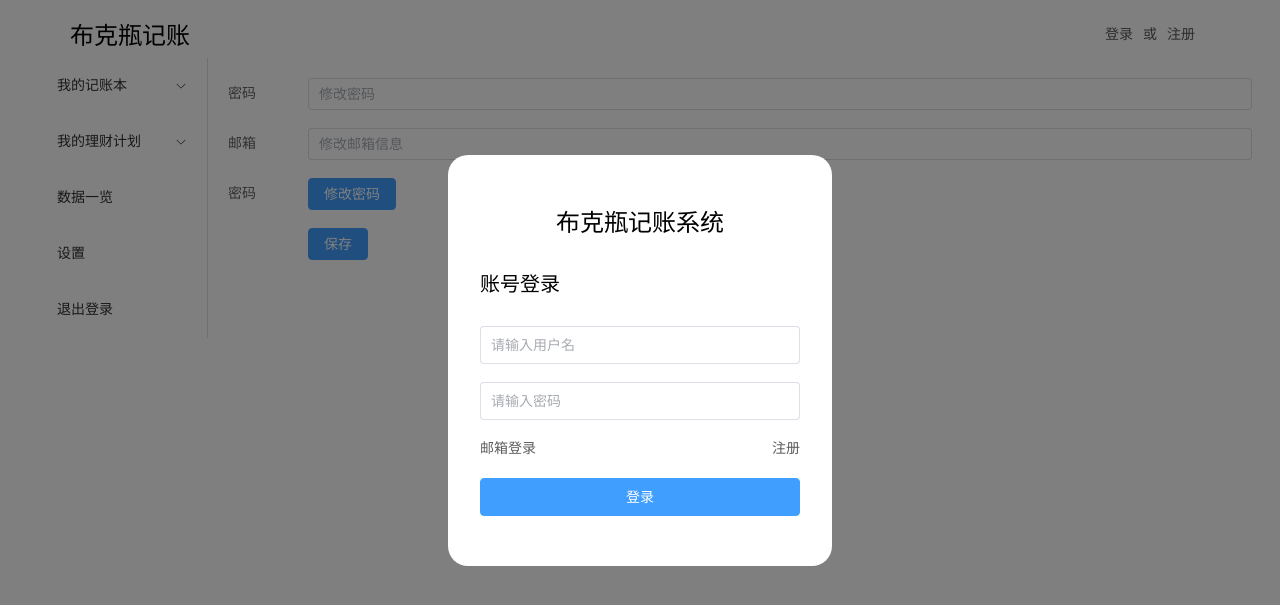
Repository: Database-application-design-bookkeeping/bookkeeping-web
Page: /setting
The author's editor kept a copy of each file at every save. The page is drawn from the files as they stood at one save, then again after the next save.
The browser window is 1280 px wide. The pictures show the whole page.
The page's requests for data from a server got no answer. The project was rebuilt for these pictures with package versions that can differ from the ones it lists, and the page was loaded fresh each time. No one was signed in, and anything a server would have sent is missing. Also part of the build but not shown: vite.config.js.

Above is the page before, as saved 2023-12-13 15:25:47.

### src/main.js
import { createApp } from "vue";
import App from "./App.vue";
import router from "./router";
import store from "./store";
import axios from 'axios'
import _ from 'lodash'
import ElementPlus from 'element-plus'
import 'element-plus/dist/index.css'
const app = createApp(App);

axios.interceptors.request.use(function (request) {
    let token = localStorage.getItem("token");
    if (token) {
        request.headers.Authorization = token;
    }
    return request
}, async function (error) {
    return Promise.reject(error)
})

axios.interceptors.response.use(function (response) {
    if (response.data.code === 401) {
        store.commit("delToken")
    }
    return response
}, async function (error) {
    return Promise.reject(error)
})
axios.defaults.baseURL = 'https://jizhang.hardews.cn/';
app.use(ElementPlus)
app.use(_);
app.use(store);
app.use(router);
app.mount("#app");

### src/App.vue
<template>
  <router-view v-if="isRouterAlive"></router-view>
</template>

<script>
import Home from './views/Home.vue';
export default {
  name: "App",
  components: {
    Home,
  },
};
</script>
<script setup>
import { ref, nextTick, provide } from "vue"
const isRouterAlive = ref(true)
const reload = () => {
  isRouterAlive.value = false
  nextTick(() => {
    isRouterAlive.value = true
  })
}
provide("reload", reload)
</script>
<style lang="scss" scoped></style>

### src/router/index.js
import { createRouter, createWebHistory } from "vue-router";

const routes = [
  {
    path: "/",
    name: "home",
    component: () => import("../views/Home.vue"),
    children: [
      {
        path: "/income",
        name: "income",
        component: () => import("../views/Income.vue")
      },
      {
        path: "/expenditure",
        name: "expenditure",
        component: () => import("../views/Expenditure.vue")
      },
      {
        path: "/creatproject",
        name: "creatproject",
        component: () => import("../views/CreatProject.vue")
      },
      {
        path: "/dataview",
        name: "dataview",
        component: () => import("../views/DataView.vue")
      },
      {
        path: "/setplan",
        name: "setplan",
        component: () => import("../views/SetPlan.vue")
      },
      {
        path: "/setting",
        name: "setting",
        component: () => import("../views/Setting.vue")
      }
    ]
  },
  {
    path: "/404",
    name: "404",
    component: () => import("../views/404.vue")
  },
  {
    path: '/:pathMatch(.*)',
    redirect: {
      name: "404"
    }
  }

];

const router = createRouter({
  history: createWebHistory(import.meta.env.BASE_URL),
  routes,
});

export default router;

### src/store/index.js
import { createStore } from "vuex";
import { ElMessage } from 'element-plus'

export default createStore({
  state: {
    token: "",
    username: ""
  },
  getters: {
    getToken(state) {
      return state.token;
    },
    getUserName(state) {
      return state.username;
    }
  },
  mutations: {
    setToken(state, { token, username }) {
      state.token = token;
      state.username = username;
      localStorage.token = token;
    },
    delToken(state) {
      state.token = "";
      state.username = "";
      localStorage.removeItem('token');
      localStorage.removeItem('username');
    },
    sucMessage(state, msg) {
      ElMessage({
        message: msg,
        type: "success"
      })
    },
    warnMessage(state, msg) {
      ElMessage({
        message: msg,
        type: "warning"
      })
    }
  },
  actions: {},
  modules: {},
});

### src/views/Home.vue
<template>
  <div class="home">
    <el-container class="full-height">
      <el-header class="header-box" height="50px">
        <el-row class="grid-box">
          <el-col :span="4" style="min-width: 140px;">
            <div class="title">
              布克瓶记账
            </div>
          </el-col>
          <el-col :span="4" style="min-width: 120px;">
            <div class="box-right" v-if="username">欢迎</div>
            <div class="box-right user-msg" v-if="username"> {{ username }} </div>
            <div class="box-login box-right" @click="showLoginView('登录',false)" v-if="!username">登录</div>
            <div class="box-item box-right" v-if="!username">或</div>
            <div class="box-register box-right" @click="showLoginView('注册',false)" v-if="!username">注册</div>
          </el-col>
        </el-row>
      </el-header>
      <el-container class="full-height">
        <el-aside width="200px" class="full-height">
          <el-menu default-active="1" class="el-menu-vertical-demo full-height" router>
            <el-sub-menu index="1">
              <template #title>
                <el-icon>
                  <Notebook />
                </el-icon>
                <span>我的记账本</span>
              </template>
              <el-menu-item index="/income">
                <el-icon>
                  <Sell />
                </el-icon>
                <span>我的收入</span>
              </el-menu-item>
              <el-menu-item index="/expenditure">
                <el-icon>
                  <SoldOut />
                </el-icon>
                <span>我的支出</span>
              </el-menu-item>
            </el-sub-menu>

            <el-sub-menu index="2">
              <template #title>
                <el-icon>
                  <Wallet />
                </el-icon>
                <span>我的理财计划</span>
              </template>
              <el-menu-item index="/creatproject">
                <el-icon>
                  <FolderAdd />
                </el-icon>
                <span>新建项目</span>
              </el-menu-item>
              <el-menu-item index="/setplan">
                <el-icon>
                  <Finished />
                </el-icon>
                <span>我的消费计划</span>
              </el-menu-item>
            </el-sub-menu>

            <el-menu-item index="/dataview">
              <el-icon>
                <DataLine />
              </el-icon>
              <span>数据一览</span>
            </el-menu-item>
            <el-menu-item index="/setting">
              <el-icon>
                <setting />
              </el-icon>
              <span>设置</span>
            </el-menu-item>
            <el-menu-item index="/" @click="loginOut">
              <el-icon>
                <Back />
              </el-icon>
              <span>退出登录</span>
            </el-menu-item>
          </el-menu>
        </el-aside>
        <el-main>
          <router-view></router-view>
        </el-main>
      </el-container>
    </el-container>
  </div>
  <Login ref="login"></Login>
</template>

<script>
import Login from "@/components/Login.vue";
export default {
  name: "Home",
  components: {
    Login,
  }
}
</script>
<script setup>
import {  onMounted, ref, inject} from "vue"
import axios from 'axios';
import store from '@/store';
const reload = inject("reload")
let username = ref(localStorage.getItem("username"))
let login = ref(null)
function showLoginView(type,isSwitch){
  login.value.switchLoginMsg(type,isSwitch)
}

function loginOut(){
  axios({
    url:"/user/logout"
  }).then((res)=>{
    if(res.data.msg==="退出成功"){
      store.commit("delToken");
      showLoginView("登录",false);
      store.commit("sucMessage",res.data.msg)
    }else{
      store.commit("warnMessage","操作失败")
    }
    reload()
  })
}
onMounted(()=>{
  login.value.isLogin();
})
</script>

<style lang="scss" scoped>
.home {
  width: 100%;
  height: 100%;

  .header-box {
    text-align: center;

    .grid-box {
      height: 100%;
      justify-content: space-between;
      align-items: center;
      white-space: nowrap;

      .title {
        font-weight: 700px;
        font-size: 24px;
      }

      .user-msg {
        margin-left: 10px;
      }

      .box-right {
        display: inline-block;
        color: rgb(89, 89, 89);
        font-size: 14px;
      }

      .box-login,
      .box-register {
        cursor: pointer;
      }

      .box-item {
        margin: 0 10px;
      }
    }
  }

  .full-height {
    height: 100%;
  }
}</style>

### src/views/Setting.vue
<template>
  <div class="setting">
    <el-form ref="ruleFormRef" :model="userForm" status-icon label-width="80px" label-position="left"
      class="demo-ruleForm">
      <el-form-item prop="password" label="密码">
        <el-input class="login-content" v-model="userForm.password" autocomplete="off" placeholder="修改密码" />
      </el-form-item>

      <el-form-item prop="email" label="邮箱">
        <el-input class="login-content" v-model="userForm.email" autocomplete="off" placeholder="修改邮箱信息" />
      </el-form-item>
      <el-form-item prop="password" label="密码">
        <el-button type="primary" @click="centerDialogVisible = true">修改密码</el-button>
      </el-form-item>
      <el-form-item>
        <el-button class="login-content" type="primary" @click="saveUserInfo">保存</el-button>
      </el-form-item>
    </el-form>
    <el-dialog v-model="centerDialogVisible" title="修改密码" width="30%" align-center>
      <el-input v-model="userForm.originPwd" placeholder="请输入原密码" class="btn-space" />
      <el-input v-model="userForm.newPwd" placeholder="请输入新密码" class="btn-space" />
      <el-input v-model="userForm.checkPass" placeholder="确认新密码" class="btn-space" />

      <template #footer>
        <span class="dialog-footer">
          <el-button type="primary" @click="changePWD">
            确定修改
          </el-button>
        </span>
      </template>
    </el-dialog>
  </div>
</template>

<script setup>
import store from "@/store";
import axios from "axios";
import { onMounted, reactive, ref } from "vue";

const centerDialogVisible = ref(false)

let userForm = reactive({
  username: "",
  originPwd: "",
  newPwd: "",
  checkPass: "",
  email: ""
})
function getUserInfo() {
  axios({
    url: "/user/info"
  }).then((res) => {
    if (res.data.msg === "查询成功") {
      let msg = res.data.data;
      userForm.username = msg.username
      userForm.email = msg.email
    }
  })
}

function changePWD() {
  if (userForm.newPwd == userForm.checkPass) {
    if (userForm.newPwd != "" && userForm.checkPass != "") {
      axios({
        method: "post",
        url: "/user/updatePwd",
        data: {
          "originPwd": userForm.originPwd,
          "newPwd": userForm.newPwd
        }
      }).then((res) => {
        let msg = res.data.msg;
        if (msg == "修改成功") {
          store.commit("sucMessage", msg);
          centerDialogVisible.value = false;
        } else {
          store.commit("warnMessage", msg)
        }
      }).catch((err) => {
        console.log(err);

      })
    } else {
      store.commit("warnMessage", "输入框不能为空")
    }

  } else {
    store.commit("warnMessage", "两次输入的密码不同")
  }

}

function saveUserInfo() {
  axios({
    url: "/user/update",
    data: {
      "username": userForm.username,
      "email": userForm.email
    }
  }).then((res) => {
    let msg = res.data.msg
    if (msg === "修改成功") {
      store.commit("sucMessage", msg)
    } else {
      store.commit("warnMessage", msg)
    }
  }).catch((err) => {
    console.log(err);
  })
}
onMounted(() => {
  getUserInfo()
})
</script>

<style lang="scss" scoped>
.btn-space {
  margin-top: 15px;
}
</style>

### src/components/Login.vue
<template>
  <!-- 登录组件 -->
  <div class="login" v-if="isShowLogin">
    <div class="mask">
      <div class="container">
        <div class="close"><el-icon class="close-bold" @click="isShowLogin = false">
            <CloseBold />
          </el-icon></div>
        <div class="login-head">
          布克瓶记账系统
        </div>
        <div class="login-title">{{ loginMsg.title }}</div>
        <el-form ref="ruleFormRef" :model="ruleForm" status-icon class="demo-ruleForm">
          <el-form-item prop="email" v-if="loginMsg.title === '邮箱登录' || loginMsg.title === '注册账号'">
            <el-input class="login-content" v-model="ruleForm.email" autocomplete="off" placeholder="请输入邮箱" />
          </el-form-item>
          <el-form-item prop="username" v-if="loginMsg.title === '账号登录' || loginMsg.title === '注册账号'">
            <el-input class="login-content" v-model="ruleForm.username" autocomplete="off" placeholder="请输入用户名"
              minlength="6" maxlength="20" />
          </el-form-item>
          <el-form-item prop="password" v-if="loginMsg.title == '账号登录' || loginMsg.type === '注册'">
            <el-input class="login-content" v-model="ruleForm.password" type="password" autocomplete="off"
              placeholder="请输入密码" />
          </el-form-item>
          <el-form-item prop="password" v-if="loginMsg.type === '注册'">
            <el-input class="login-content" v-model="ruleForm.checkPass" type="password" autocomplete="off"
              placeholder="确认密码" />
          </el-form-item>
          <el-form-item prop="verificationCode" v-if="loginMsg.title === '邮箱登录'">
            <el-input class="login-content" v-model="ruleForm.verificationCode" autocomplete="off" placeholder="请输入验证码" />
            <el-button class="ver-btn" @click="sendVerificationCode">发送验证码</el-button>
          </el-form-item>
          <el-form-item>
            <div class="itme-box">
              <div class="login-item" @click="switchLoginMsg('登录', true)">{{ loginMsg.leftItem }}</div>
              <div class="login-item" @click="switchLoginMsg('注册', true)" v-if="loginMsg.type === '登录'">{{
                loginMsg.rightItem
              }}</div>
            </div>
          </el-form-item>
          <el-form-item>
            <el-button class="login-content" @click="log" type="primary">{{ loginMsg.type }}</el-button>
          </el-form-item>
        </el-form>
      </div>
    </div>
  </div>
</template>
<script>
export default {
  name: "Login"
}
</script>
<script setup>
import { inject, reactive, ref } from "vue";
import axios from 'axios';
import store from '@/store';
const reload = inject("reload")
let isShowLogin = ref(true)

let textMsg = {
  login: "登录",
  signup: "注册",
  loginByUsername: "账号登录",
  loginByEmail: "邮箱登录",
  title_signup: "注册账号",
  placeholder_user: "请输入用户名",
  placeholder_email: "请输入邮箱"
}

//界面信息
let loginMsg = reactive({
  title: textMsg.loginByUsername,
  type: textMsg.login,
  leftItem: textMsg.loginByEmail,
  rightItem: textMsg.signup,
  placeholder: textMsg.placeholder_user
});

function setStoreMsg(token, username) {
  localStorage.setItem("token", token);
  localStorage.setItem("username", username);
  store.commit("setToken", { token, username });
}
//清空&初始化表单
function initForm() {
  ruleForm.username = "";
  ruleForm.password = "";
  ruleForm.checkPass = "";
  ruleForm.email = "";
  ruleForm.verificationCode = "";
}

//切换界面信息
function switchLoginMsg(data, isSwitch) {
  isShowLogin.value = true;
  if (data == "登录" || data == "") {
    if (loginMsg.leftItem == "账号登录") {
      loginMsg.title = textMsg.loginByUsername;
      loginMsg.type = textMsg.login;
      loginMsg.leftItem = textMsg.loginByEmail;
      loginMsg.rightItem = textMsg.signup;
      loginMsg.placeholder = textMsg.placeholder_user
    } else if (loginMsg.leftItem == "邮箱登录" && isSwitch) {
      loginMsg.title = textMsg.loginByEmail;
      loginMsg.type = textMsg.login;
      loginMsg.leftItem = textMsg.loginByUsername;
      loginMsg.rightItem = textMsg.signup;
      loginMsg.placeholder = textMsg.placeholder_email
    }
  } else if (data == "注册") {
    loginMsg.title = textMsg.title_signup;
    loginMsg.type = textMsg.signup;
    loginMsg.leftItem = textMsg.loginByUsername;
    loginMsg.rightItem = textMsg.signup;
    loginMsg.placeholder = textMsg.placeholder_user
  }
  initForm()
}

const ruleFormRef = ref();
const regEmail = /^(([^<>()[\]\\.,;:\s@"]+(\.[^<>()[\]\\.,;:\s@"]+)*)|(".+"))@((\[[0-9]{1,3}\.[0-9]{1,3}\.[0-9]{1,3}\.[0-9]{1,3}\])|(([a-zA-Z\-0-9]+\.)+[a-zA-Z]{2,}))$/

//表单信息
const ruleForm = reactive({
  username: "",
  password: "",
  checkPass: "",
  email: "",
  verificationCode: "",
});

//账号密码登录
function usernameLog() {
  axios({
    method: "post",
    url: "/user/login",
    data: {
      "username": ruleForm.username,
      "password": ruleForm.password
    }
  }).then((res) => {
    if (res.data.msg == "登录成功") {
      isShowLogin.value = false;
      let token = res.data.data
      let user = JSON.parse(decodeURIComponent(escape(window.atob(token.split('.')[1])))).username
      console.log(user);
      setStoreMsg(token, user)
      store.commit("sucMessage", res.data.msg)
      reload()
    } else {
      store.commit("warnMessage", res.data.msg)
    }
  }).catch((err) => {
    store.commit("warnMessage", err)
  })
}

//注册
function register() {
  if (ruleForm.password == ruleForm.checkPass) {
    if (regEmail.test(ruleForm.email)) {
      axios({
        method: "post",
        url: "/user/regist",
        data: {
          "username": ruleForm.username,
          "password": ruleForm.password,
          "email": ruleForm.email
        }
      }).then((res) => {
        let msg = res.data.msg;
        if (msg == "注册成功") {
          store.commit("sucMessage", msg)
          switchLoginMsg("登录", true)
        } else {
          store.commit("warnMessage", msg)
        }
      }).catch((err) => {
        store.commit("warnMessage", err)
      })
    } else {
      store.commit("warnMessage", "请输入正确的邮箱")
    }
  } else {
    store.commit("warnMessage", "两次密码输入结果不同")
  }
}

//登录方式判断
function log() {
  if (loginMsg.type == "登录") {
    if (loginMsg.title == "账号登录") {
      usernameLog();
    } else if (loginMsg.title == "邮箱登录") {
      emailLog();
    }
  } else if (loginMsg.type == "注册") {
    register();
  }
}

//发送邮箱验证码
function sendVerificationCode() {
  axios({
    url: `/user/sendCode?email=${ruleForm.email}`,
  }).then((res) => {
    let msg = res.data.msg
    if (msg == "邮箱验证码发送成功") {
      store.commit("sucMessage", msg)
      /* verBtnMsg.value = "" */
    } else {
      store.commit("warnMessage", msg)
    }
  }).catch((err) => {
    store.commit("warnMessage", err)
  })
}

//邮箱登录
function emailLog() {
  if (regEmail.test(ruleForm.email)) {
    axios({
      method: "post",
      url: "/user/loginByEmail",
      data: {
        "email": ruleForm.email,
        "code": ruleForm.verificationCode
      }
    }).then((res) => {
      let msg = res.data.msg
      if (msg == "登录成功") {
        isShowLogin.value = false;
        setStoreMsg(res.data.data.token, res.data.data.username)
        store.commit("sucMessage", res.data.msg)
        reload()
      } else {
        store.commit("warnMessage", msg)
      }
    }).catch((err) => {
      store.commit("warnMessage", err)
    })
  } else {
    store.commit("warnMessage", "请输入正确的邮箱")
  }
}

//判断是否需要登录
function isLogin() {
  if (store.getters.token || localStorage.getItem("token")) {
    isShowLogin.value = false;
    return true
  } else {
    // 第二个参数为false的作用是让账号登录为默认登录方式
    switchLoginMsg("登录", false)
    return false
  }
}

//暴露切换页面信息的函数
defineExpose({
  switchLoginMsg,
  isLogin
})
</script>

<style lang="scss" scoped>
.login {
  position: fixed;
  box-sizing: border-box;
  inset: 0px;
  width: 100%;
  height: 100%;
  z-index: 99;

  .mask {
    display: flex;
    align-items: center;
    justify-content: center;
    width: 100%;
    height: 100%;
    background-color: rgba(0, 0, 0, .5);
    background-size: cover;

    .container {
      width: 320px;
      background-color: rgb(255, 255, 255);
      padding: 32px;
      border-radius: 20px;

      .close {
        display: flex;
        justify-content: right;

        .close-bold {
          cursor: pointer;
        }
      }

      .login-head {
        text-align: center;
        font-size: 24px;
      }

      .login-content {
        width: 100%;
        height: 38px;
        font-size: 14px;
        line-height: 24px;
      }

      .ver-btn {
        position: absolute;
        right: 10px;
        display: inline-block;
        line-height: 30px;
        border: 0;
        padding: 0;

        &:hover {
          background-color: rgb(255, 255, 255);
        }
      }

      .itme-box {
        display: flex;
        justify-content: space-between;
        width: 100%;
      }

      .login-title {
        font-size: 20px;
        line-height: 28px;
        font-weight: 500;
        margin: 32px 0 28px 0;
      }

      .login-item {
        color: rgb(38, 38, 38, 0.75);
        font-size: 14px;
        line-height: 22px;
        cursor: pointer;
      }
    }
  }
}
</style>

Loaded but not shown: index.html (common file)

After the next save:
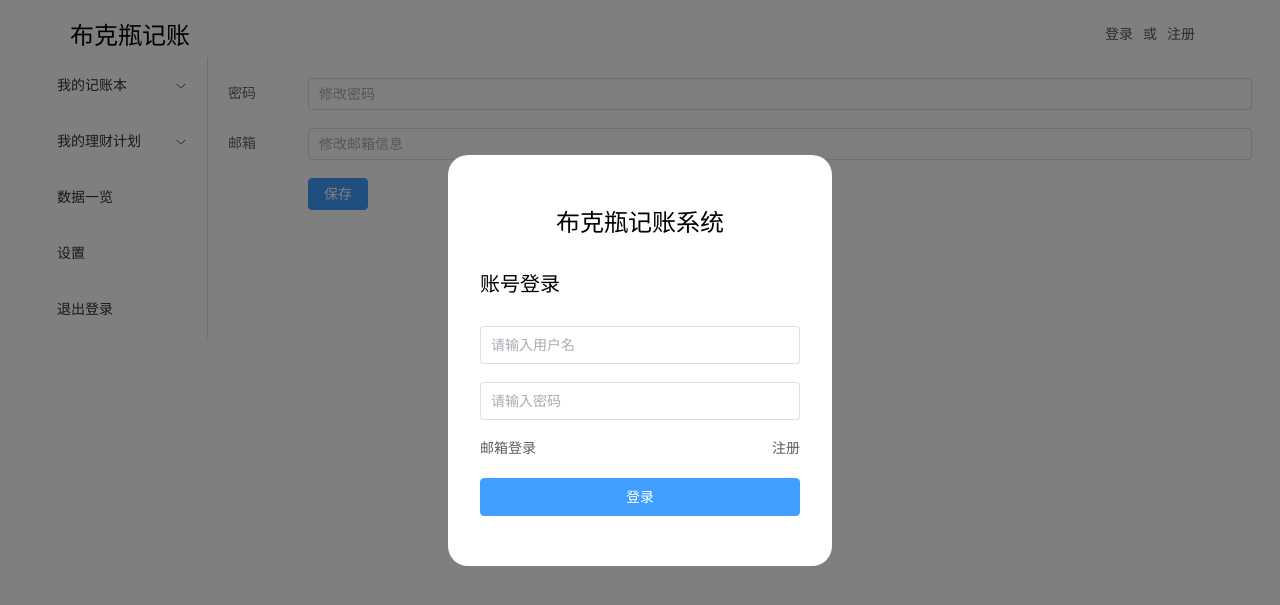
Saved 9 s later.
--- a/src/views/Setting.vue
+++ b/src/views/Setting.vue
@@ -9,9 +9,7 @@
       <el-form-item prop="email" label="邮箱">
         <el-input class="login-content" v-model="userForm.email" autocomplete="off" placeholder="修改邮箱信息" />
       </el-form-item>
-      <el-form-item prop="password" label="密码">
-        <el-button type="primary" @click="centerDialogVisible = true">修改密码</el-button>
-      </el-form-item>
+
       <el-form-item>
         <el-button class="login-content" type="primary" @click="saveUserInfo">保存</el-button>
       </el-form-item>
